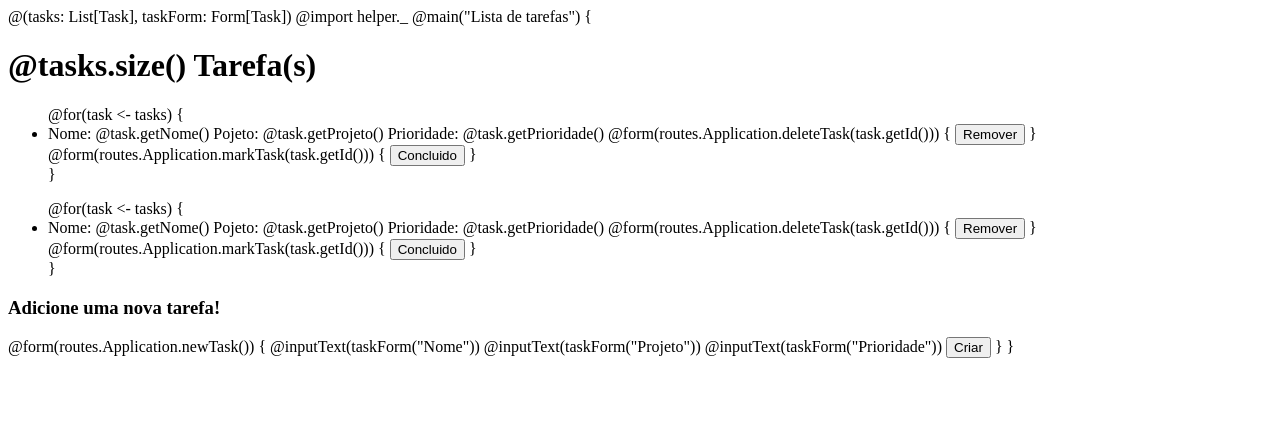
Repository: lcavalcante/si1
Page: lab2/.target/views/index.scala.html
These files come from the project's save history. The page is drawn as it stood at one moment and after the next save; the edit follows.
The browser window is 1280 px wide. The pictures show the whole page.

Above is the page before, as saved 2013-11-27 00:28:42.

After the next save:
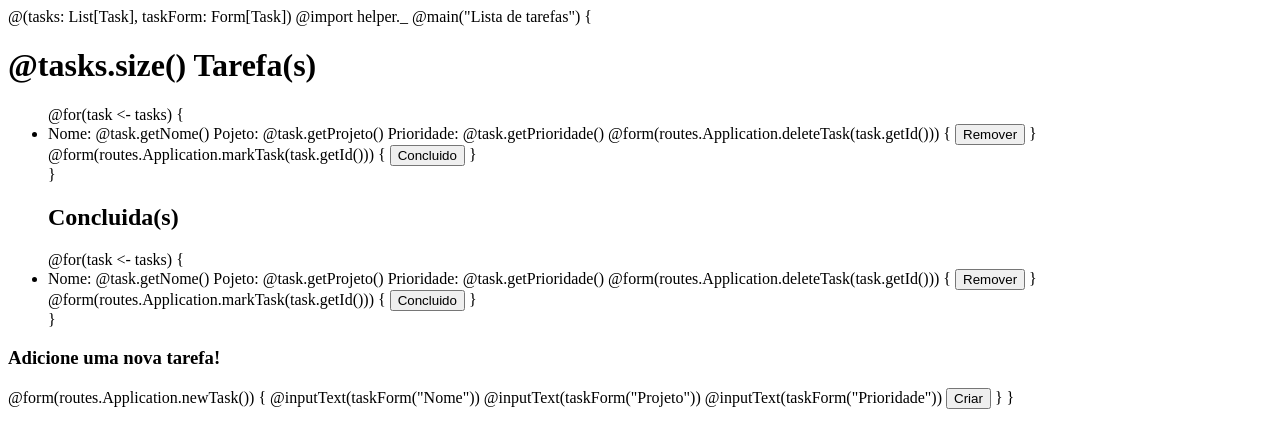
Saved 36 s later.
--- a/lab2/.target/views/index.scala.html
+++ b/lab2/.target/views/index.scala.html
@@ -26,6 +26,7 @@
     </ul>
 
     <ul>
+    	 <h2>Concluida(s)</h2>
         @for(task <- tasks) {
             <li>
                 Nome: @task.getNome() Pojeto: @task.getProjeto() Prioridade: @task.getPrioridade()
